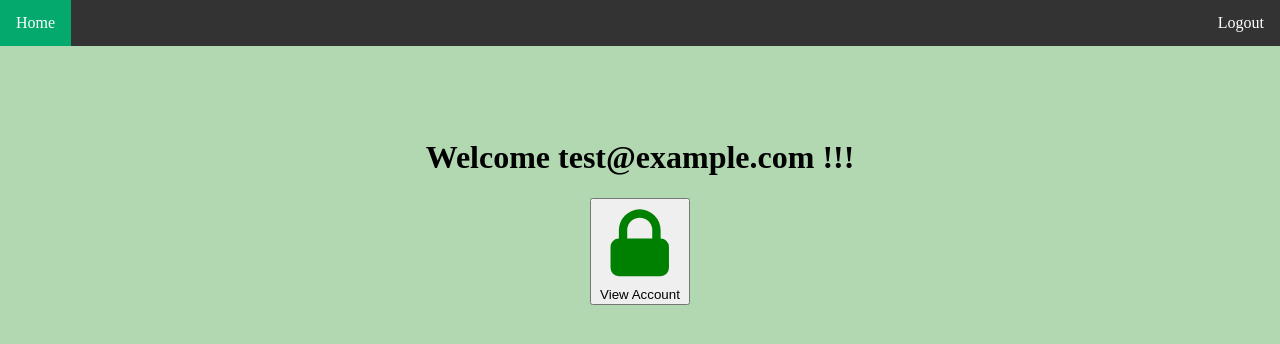
Repository: sach7691/original-book-store
Page: http://localhost/online-book-store-application/dashboard.jsp
The author's editor kept a copy of each file at every save. The page is drawn from the files as they stood at one save, then again after the next save.
The browser window is 1280 px wide. The pictures show the whole page.
The page is served by Tomcat 9. The session is filled in as if someone had signed in: {"email": "test@example.com"}. Other server files are loaded and not shown.

Above is the page before, as saved 2022-08-31 19:26:43.

### online-book-store-application/src/main/webapp/dashboard.jsp

<%@ page language="java" contentType="text/html; charset=ISO-8859-1"
	pageEncoding="ISO-8859-1"%>
<%@ taglib uri="http://java.sun.com/jsp/jstl/core" prefix="c"%>
<!DOCTYPE html>
<html>
<head>
<meta charset="ISO-8859-1">
<meta name="viewport" content="width=device-width, initial-scale=1.0">
<title>Dashboard</title>
</head>
<body>
	<%

  response.setHeader("Cache-Control", "no-cache,no-store,must-revalidate"); //prevent back button after logout HTTP 1.1
  //HTTP 1.0 and if you use proxy seperatly should remove cache to prevent back button
   response.setHeader("Pragma","no-cache"); //HTTP 1.0
   response.setDateHeader ("Expires", 0);
  if(session.getAttribute("email")==null){
	response.sendRedirect("login.jsp");
}
%>
<style>


body
{
  margin: 0;
  background: rgba(0, 128, 0, 0.3);

}
 letter {
   color: #ea503f;
   font-family: Arial;
   float: center;
 }

ul.topnav {
  list-style-type: none;
  margin: 0;
  padding: 0;
  overflow: hidden;
  background-color: #333;
}

ul.topnav li {float: left;}

ul.topnav li a {
  display: block;
  color: white;
  text-align: center;
  padding: 14px 16px;
  text-decoration: none;
}

ul.topnav li a:hover:not(.active) {background-color: #111;}

ul.topnav li a.active {background-color: #04AA6D;}

ul.topnav li.right {float: right;}

@media screen and (max-width: 600px) {
  ul.topnav li.right,
  ul.topnav li {float: none;}
}
</style>
</head>
<body>
<form action="http://localhost:8080/online-book-store-application/LogoutCustomerServlet" method="GET">
<div>
<ul class="topnav">
  <li><a class="active" href="welcome.jsp">Home</a></li>
  <li class="right"><a href="login.jsp">Logout</a></li>
</ul>
<br>
<br>
<br>
<br>
</div>
</form>
<form action="http://localhost:8080/online-book-store-application/AccountDetailsServlet"  method="GET">
<%

session.getAttribute("email");

%>
<center>
<div>
<p style="color: red;"><h1>Welcome ${email} !!!</h1></p>
</div>

 <input type="text" id="email" name="email" value= "${email}" hidden="" >
<div>
        <button type="submit" class="group relative w-full flex justify-center py-2 px-4 border border-transparent text-sm font-medium rounded-md text-white bg-green-600 hover:bg-green-700 focus:outline-none focus:ring-2 focus:ring-offset-2 focus:ring-indigo-500">
          <span class="absolute left-0 inset-y-0 flex items-center pl-3">
            <!-- Heroicon name: solid/lock-closed -->
            <svg class="h-5 w-5 text-indigo-500 group-hover:text-indigo-400" xmlns="http://www.w3.org/2000/svg" viewBox="0 0 20 20" fill="green" aria-hidden="true">
              <path fill-rule="evenodd" d="M5 9V7a5 5 0 0110 0v2a2 2 0 012 2v5a2 2 0 01-2 2H5a2 2 0 01-2-2v-5a2 2 0 012-2zm8-2v2H7V7a3 3 0 016 0z" clip-rule="evenodd" />
            </svg>
          </span>
          View Account
        </button>
      </div>
 </form>
</center>
</body>
</html>

After the next save:
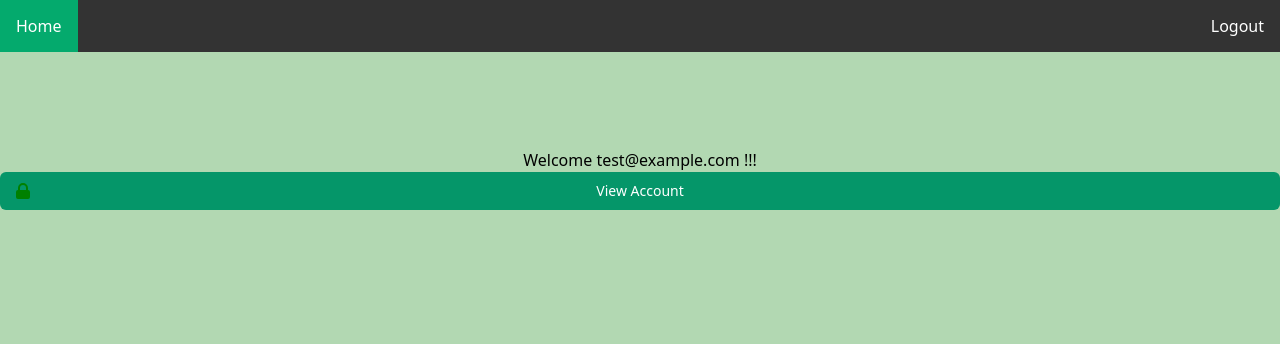
Saved 68 s later.
--- a/online-book-store-application/src/main/webapp/dashboard.jsp
+++ b/online-book-store-application/src/main/webapp/dashboard.jsp
@@ -91,6 +91,7 @@
 
  <input type="text" id="email" name="email" value= "${email}" hidden="" >
 <div>
+<link href="https://unpkg.com/tailwindcss@%5E1.0/dist/tailwind.min.css"  rel="stylesheet">
         <button type="submit" class="group relative w-full flex justify-center py-2 px-4 border border-transparent text-sm font-medium rounded-md text-white bg-green-600 hover:bg-green-700 focus:outline-none focus:ring-2 focus:ring-offset-2 focus:ring-indigo-500">
           <span class="absolute left-0 inset-y-0 flex items-center pl-3">
             <!-- Heroicon name: solid/lock-closed -->

After the 2 saves that followed:
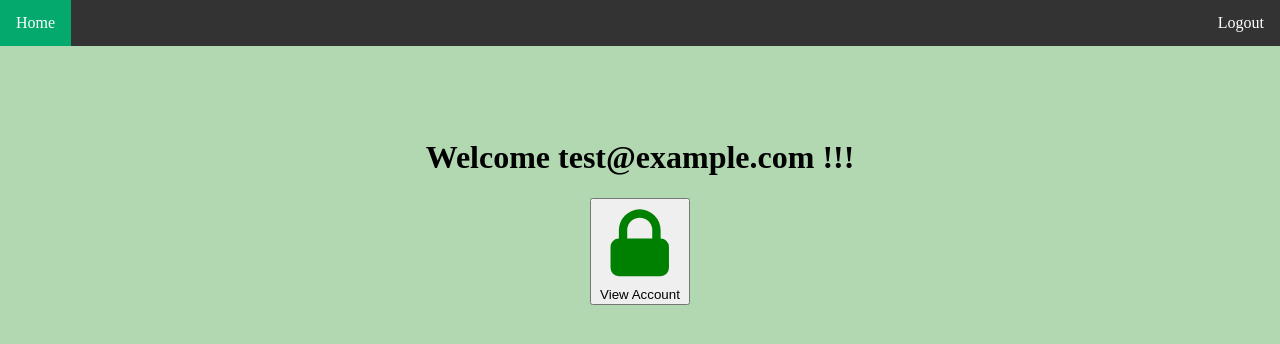
The 2 saves are shown as one change because 1 left the picture as it was.
The last was saved 44 s later.
--- a/online-book-store-application/src/main/webapp/dashboard.jsp
+++ b/online-book-store-application/src/main/webapp/dashboard.jsp
@@ -79,6 +79,7 @@
 </div>
 </form>
 <form action="http://localhost:8080/online-book-store-application/AccountDetailsServlet"  method="GET">
+
 <%
 
 session.getAttribute("email");
@@ -90,8 +91,8 @@
 </div>
 
  <input type="text" id="email" name="email" value= "${email}" hidden="" >
-<div>
-<link href="https://unpkg.com/tailwindcss@%5E1.0/dist/tailwind.min.css"  rel="stylesheet">
+
+
         <button type="submit" class="group relative w-full flex justify-center py-2 px-4 border border-transparent text-sm font-medium rounded-md text-white bg-green-600 hover:bg-green-700 focus:outline-none focus:ring-2 focus:ring-offset-2 focus:ring-indigo-500">
           <span class="absolute left-0 inset-y-0 flex items-center pl-3">
             <!-- Heroicon name: solid/lock-closed -->
@@ -101,7 +102,7 @@
           </span>
           View Account
         </button>
-      </div>
+
  </form>
 </center>
 </body>
